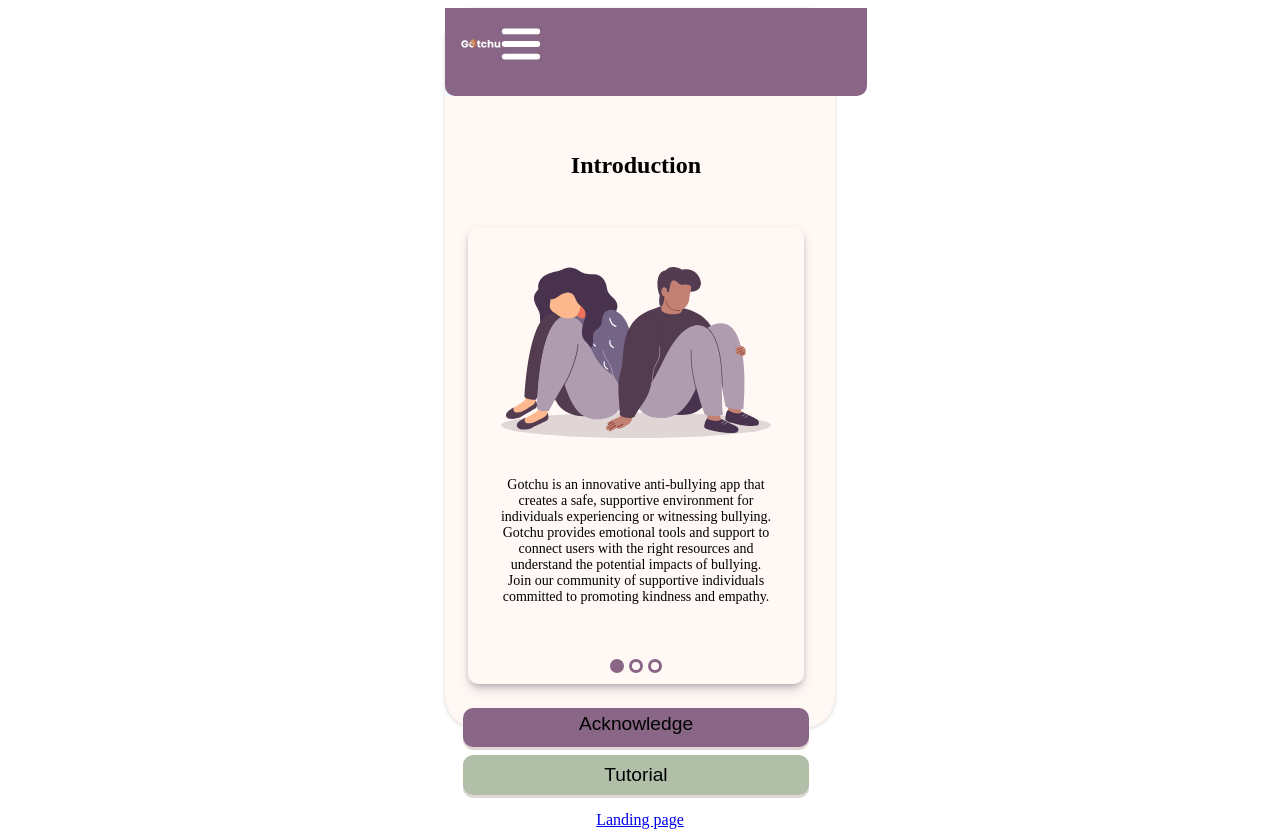
Repository: Haydenleung/Webapp-Gotchu
Page: /introduction
These files come from the project's save history. The page is drawn as it stood at one moment and after the next save; the edit follows.
The browser window is 1280 px wide. The pictures show the whole page.
The project was rebuilt for these pictures with package versions that can differ from the ones it lists, and the page was loaded fresh each time. The framework's server and built-in components were replaced by stand-ins that run in the browser. Also part of the build but not shown: next.config.js, components/Button/Button.module.css, components/Button/index.js.

Above is the page before, as saved 2023-03-23 09:09:10.

After the next save:
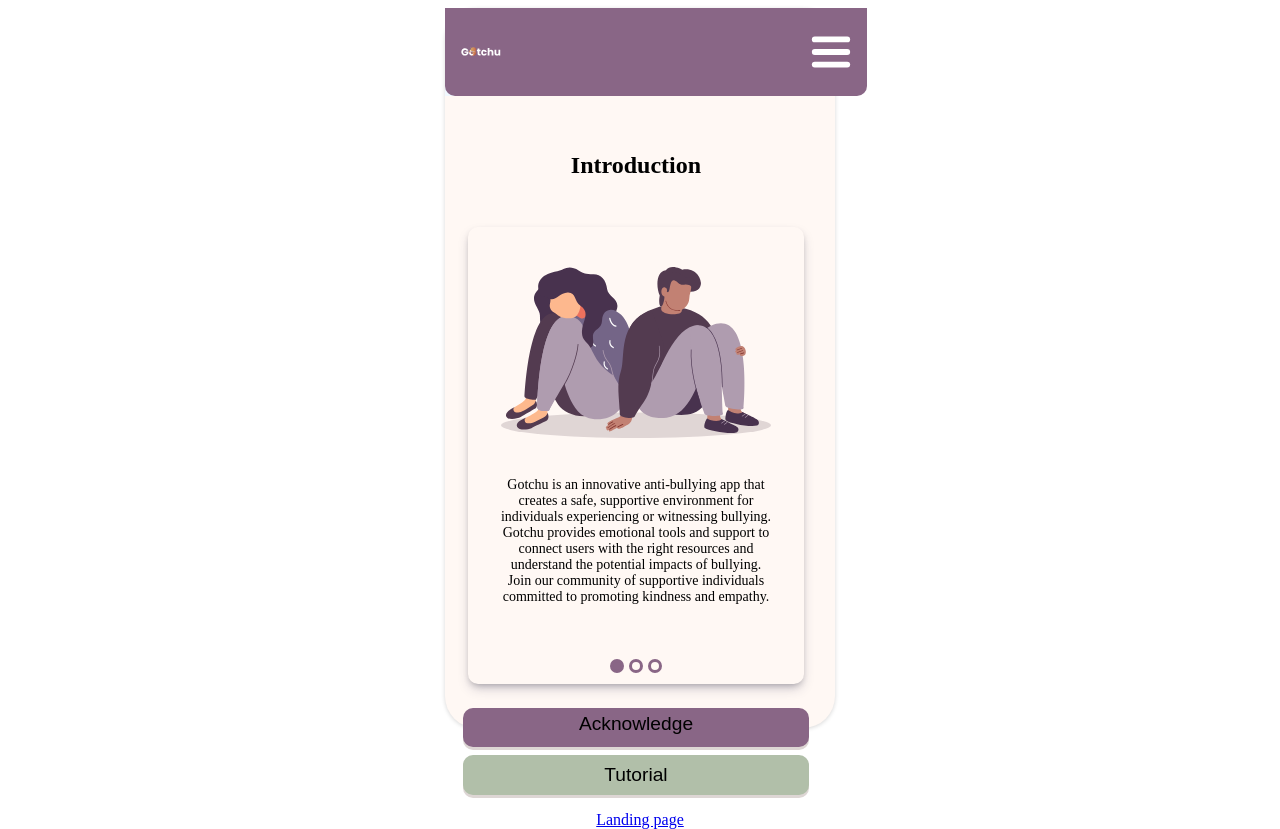
Saved 18 s later.
--- a/components/Navbar/Navbar.module.css
+++ b/components/Navbar/Navbar.module.css
@@ -8,8 +8,8 @@
 
 .headbar {
     display: flex;
-    /* justify-content: space-between;
-    align-items: center; */
+    justify-content: space-between;
+    align-items: center;
     width: 100%;
     height: 3.5rem;
     padding: 1rem;
